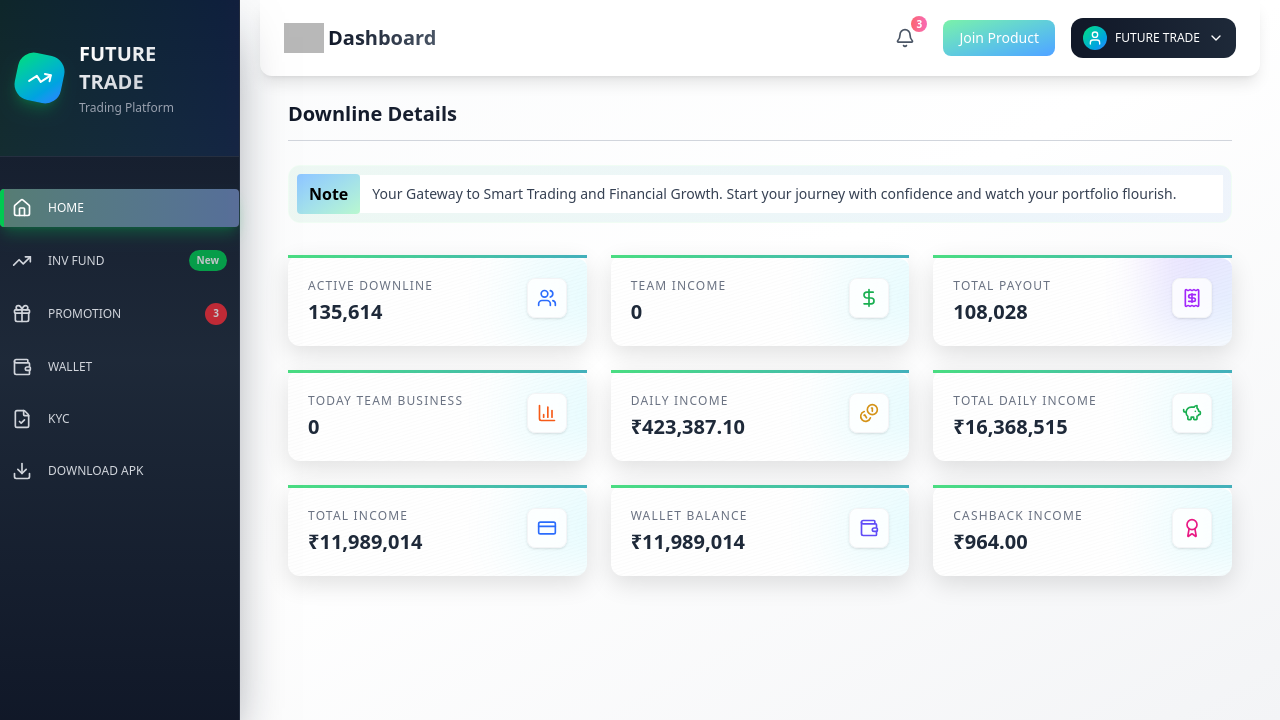
Repository: GauraVPandeyyy/Trade
Page: /
The author's editor kept a copy of each file at every save. The page is drawn from the files as they stood at one save, then again after a run of saves.
The browser window is 1280 px wide. The pictures show the whole page.
Pictures or frames that could not be fetched are drawn as grey boxes. The project was rebuilt for these pictures with package versions that can differ from the ones it lists, and the page was loaded fresh each time. Some packages were replaced by stand-ins written for this rebuild. Also part of the build but not shown: vite.config.js, src/pages/Home.jsx, src/pages/InvFund.jsx, src/pages/Promotion.jsx, src/pages/Wallet.jsx, src/pages/Kyc.jsx, src/pages/DownloadApk.jsx.

Above is the page before, as saved 2025-08-02 13:51:26.

After the next 6 saves:
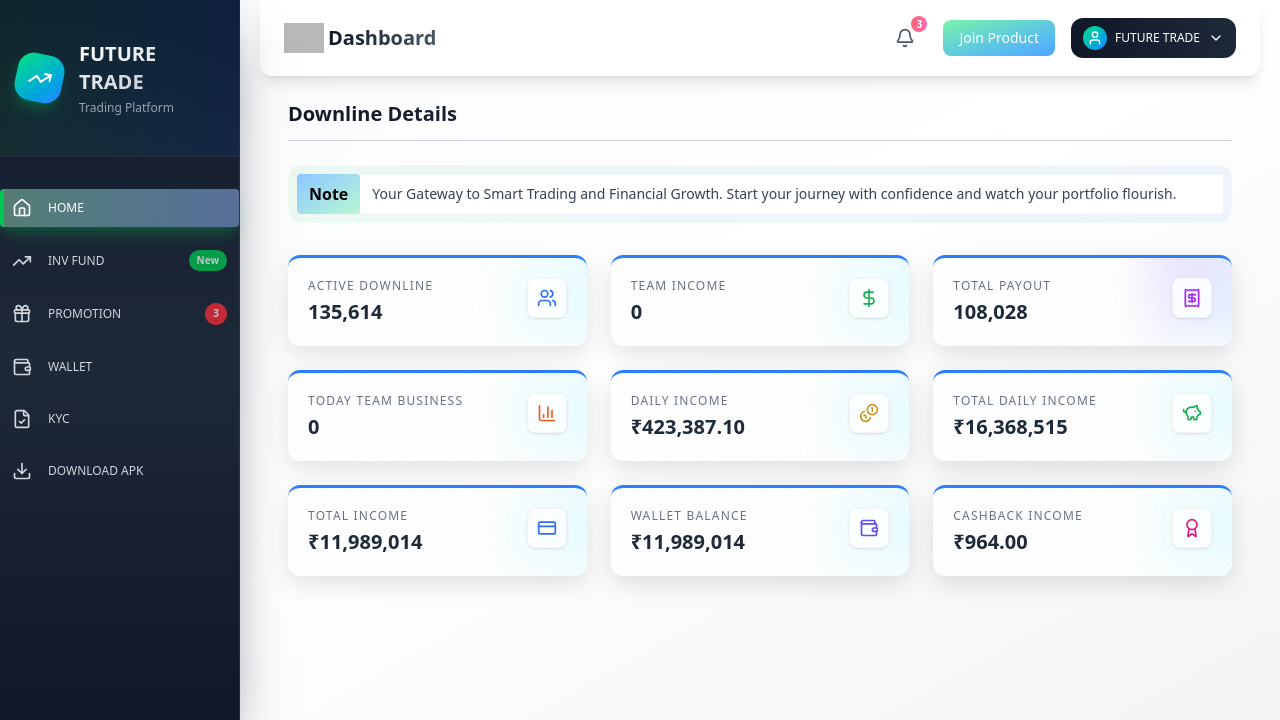
The 6 saves are shown as one change because they came seconds apart.
The last was saved 70 s later.
--- a/src/components/DashboardCard.jsx
+++ b/src/components/DashboardCard.jsx
@@ -53,17 +53,14 @@
     <div
       className={`
     relative h-auto border-t-3 rounded-xl p-5 overflow-hidden
-    bg-white
+    bg-white  border-t-blue-500
     shadow-[0_8px_24px_rgba(0,0,0,0.12)] hover:shadow-[0_12px_16px_rgba(0,0,0,0.18)]
     transition-all duration-300 ease-out
     transform ${isVisible ? 'translate-y-0 opacity-100' : 'translate-y-8 opacity-0'}
     hover:-translate-y-2 cursor-pointer
     group
   `}
-      style={{ transitionDelay: `${delay}ms`, borderImage: 'linear-gradient(to bottom right, #4ade80, #3b82f6) 3',
-    borderImageSlice: 3,
-
- }}
+      style={{ transitionDelay: `${delay}ms` }}
     >
       {/* Premium SVG background */}
       <div className="absolute inset-0 opacity-10 group-hover:opacity-20 transition-opacity duration-700">
